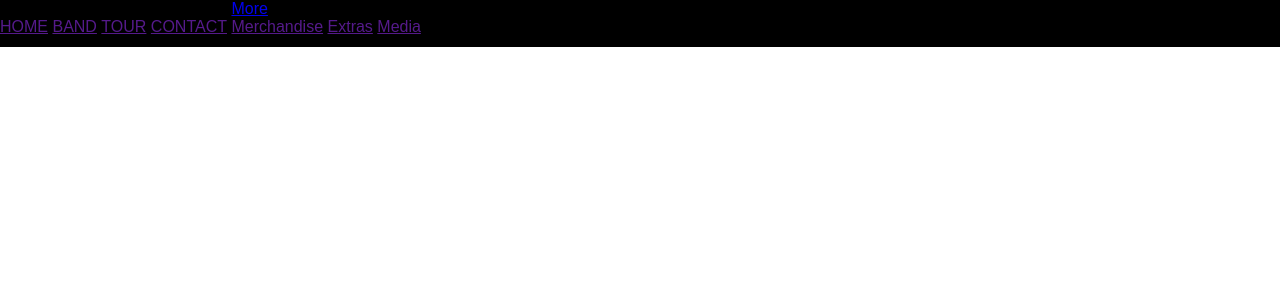
Repository: thanhsonnguyen-gif/f8-learn
Page: index.html
These files come from the project's save history. The page is drawn as it stood at one moment and after the next save; the edit follows.
The browser window is 1280 px wide. The pictures show the whole page.

Above is the page before, as saved 2022-06-23 09:45:58.

### index.html
<!DOCTYPE html>
<html lang="en">
<head>
    <meta charset="UTF-8">
    <meta http-equiv="X-UA-Compatible" content="IE=edge">
    <meta name="viewport" content="width=device-width, initial-scale=1.0">
    <title>Document</title>
    <link rel="stylesheet" href="./assets/css/style.css">
</head>
<body>
    <div id="main">
        <div id="header">
            <ul id="nav">
                <li><a href="">HOME</a></li>
                <li><a href="">BAND</a></li>
                <li><a href="">TOUR</a></li>
                <li><a href="">CONTACT</a></li>
                <li>
                    <a href="#">More</a>
                    <ul class="subnav">
                        <li><a href="">Merchandise</a></li>
                        <li><a href="">Extras</a></li>
                        <li><a href="">Media</a></li>
                    </ul>
                </li>
            </ul>
        </div>
        <div id="slide">

        </div>
        <div id="content">

        </div>
        <div id="footer">

        </div>
    </div>
</body>
</html>

### assets/css/style.css
*{
    padding: 0;
    margin: 0;
    box-sizing: border-box;
}

#main {

}

html{
    font-family: Arial, Helvetica, sans-serif;
}

#header {
background-color: #000;
height: 46.5px;
text-decoration: none;
color: #fff;
}

#nav li {
    display: inline-block;
}

#nav #subnav {
    display: none;
}

#slide {

}

#content {

}

#footer {

}

After the next save:
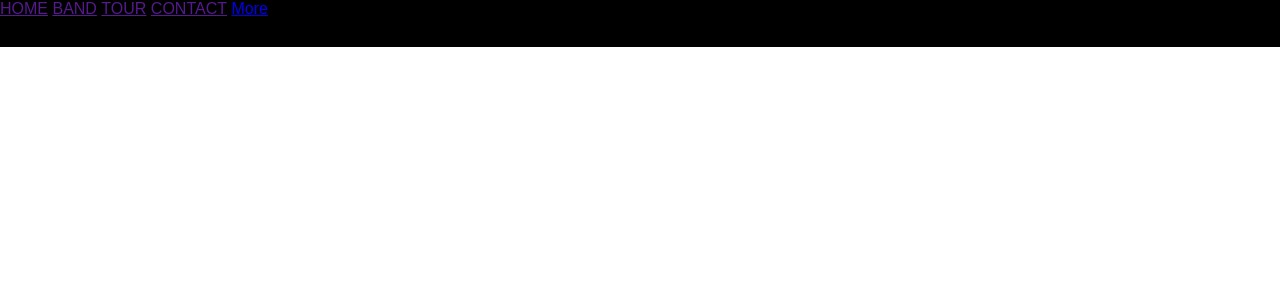
Saved 87 s later.
--- a/assets/css/style.css
+++ b/assets/css/style.css
@@ -23,7 +23,9 @@ color: #fff;
     display: inline-block;
 }
 
-#nav #subnav {
+
+
+#nav .subnav {
     display: none;
 }
 
